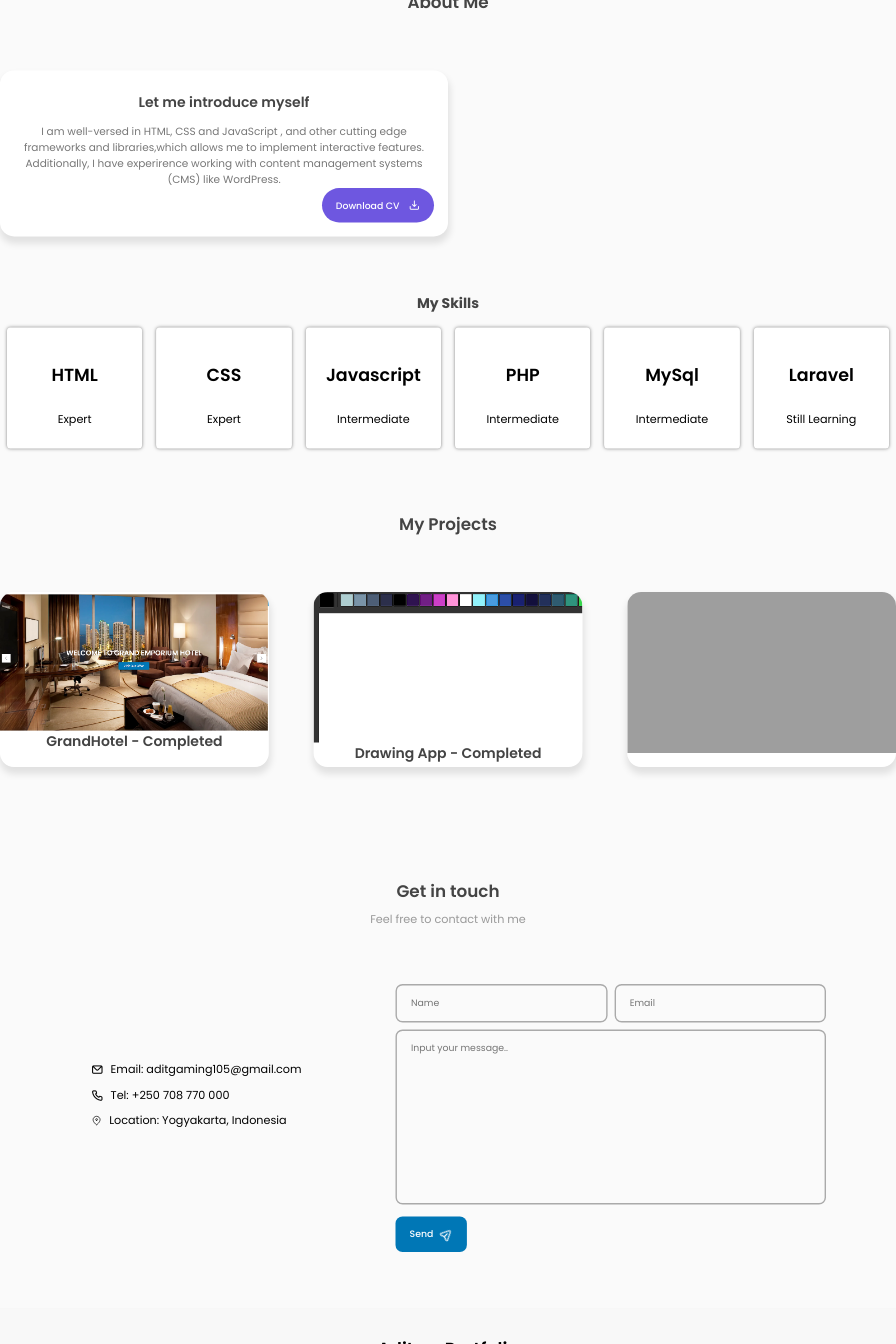
Repository: 4Kbrain/Portofolio
Page: index.html
The author's editor kept a copy of each file at every save. The page is drawn from the files as they stood at one save, then again after a run of saves.
The browser window is 1280 px wide. The pictures show the part of the page from y = 814 to 2734 px (the page is 3007 px tall), at 70% of full size.
Pictures or frames that could not be fetched are drawn as grey boxes.

Above is the page before, as saved 2024-05-15 17:48:04.
Console error: ReferenceError: ScrollReveal is not defined

### index.html
<!DOCTYPE html>
<html lang="en">

<head>
    <meta charset="UTF-8">
    <meta name="viewport" content="width=device-width, initial-scale=1.0">
    <link rel="stylesheet" href="https://unicons.iconscout.com/release/v4.0.8/css/line.css">
    <link rel="stylesheet" href="assets/css/style.css">
    <link rel="shortcut icon" href="assets/img/favicon.png" type="image/x-icon">

    <title>Portfolio | Aditya</title>
</head>

<body>

    <div class="container">
        <!-- header -->
        <nav id="header">
            <div class="nav-logo">
                <a href="#home">
                    <p class="nav-name">Aditya</p>
                    <span>.</span>
                </a>
            </div>
            <div class="nav-menu" id="myNavMenu">
                <ul class="nav_menu_list">
                    <li class="nav_list">
                        <a href="#home" class="nav-link active-link">Home</a>
                        <div class="circle"></div>
                    </li>
                    <li class="nav_list">
                        <a href="#about" class="nav-link">About</a>
                        <div class="circle"></div>
                    </li>
                    <li class="nav_list">
                        <a href="#projects" class="nav-link">Projects</a>
                        <div class="circle"></div>
                    </li>
                    <li class="nav_list">
                        <a href="#contact" class="nav-link">Contact</a>
                        <div class="circle"></div>
                    </li>
                </ul>
            </div>
            <div class="nav-button">
                <a id="downloadCVButton" href="assets/CV/Aditya%20CV.pdf" download="CV.pdf" class="btn">Download CV <i
                        class="uil uil-file-alt"></i></a>
            </div>
            <div class="nav-menu-btn">
                <i class="uil uil-bars" onclick="myMenuFunction()"></i>
            </div>
        </nav>

        <!-- -------------- MAIN ---------------- -->
        <main class="wrapper">
            <!-- -------------- FEATURED BOX ---------------- -->
            <section class="featured-box" id="home">
                <div class="featured-text">
                    <div class="featured-text-card">
                        <span>Aditya Dwi Nugroho</span>
                    </div>
                    <div class="featured-name">
                        <p>I'm <span class="typedText"></span></p>
                    </div>
                    <div class="featured-text-info">
                        <p>I'm a beginner web developer with a passion for creating fully responsive websites. I'm eager to learn and grow in both front-end and back-end development.
                        </p>
                    </div>
                    <div class="featured-text-btn">
                        <button class="btn blue-btn">Contact Me</button>
                        <a id="downloadCVButton" href="assets/CV/Aditya%20CV.pdf" download="CV.pdf" class="btn">Download CV <i class="uil uil-file-alt"></i></a>

                    </div>
                    <div class="social_icons">
                        <div class="icon"><a href="https://www.instagram.com/allen.adityadn/"><i class="uil uil-instagram"></i></a></div>
                        <div class="icon"><a href="https://wa.me/0895339926715"><i class="uil uil-whatsapp"></i></a></div>
                        <div class="icon"><a href="https://github.com/4Kbrain"><i class="uil uil-github-alt"></i></a></div>

                    </div>
                </div>
                <div class="featured-image">
                    <div class="image">
                        <img src="assets/img/avatar.png" alt="avatar">
                    </div>
                </div>

    </div>

    </section>
    <!-- -------------- ABOUT BOX ---------------- -->
    <section class="section" id="about">
        <div class="top-header">
            <h1>About Me</h1>
        </div>
        <div class="row">
            <div class="col">
                <div class="about-info">
                    <h3>Let me introduce myself</h3>
                    <p>I am well-versed in HTML, CSS and JavaScript , and other cutting edge
                        frameworks and libraries,which allows me to implement interactive features.
                        Additionally, I have experirence working with content management systems (CMS) like
                        WordPress.
                    </p>
                    <div class="about-btn">
                        <a href="assets/CV/Aditya%20CV.pdf" download>
                            <button class="btn">Download CV <i class="uil uil-import"></i></button>
                          </a>

                    </div>
                </div>
            </div>
        </div>
    </section>

    <!-- Skills -->
<section class="skills" id="skills">

    <div class="skill" id="skill">
        <h1>My Skills</h1>
        <div class="content">
          <div class="flex">
            <div class="kotak" data-aos="flip-down" data-aos-delay="500">
              <div class="logo">
                <i class="fa-brands fa-html5"></i>
              </div>
              <div class="nama">HTML</div>
              <div class="ukuran">Expert</div>
            </div>
            <div class="kotak" data-aos="flip-right" data-aos-delay="500">
              <div class="logo">
                <i class="fa-brands fa-css3"></i>
              </div>
              <div class="nama">CSS</div>
              <div class="ukuran">Expert</div>
            </div>
            <div class="kotak" data-aos="flip-left" data-aos-delay="500">
              <div class="logo">
                <i class="fa-brands fa-js"></i>
              </div>
              <div class="nama">Javascript</div>
              <div class="ukuran">Intermediate</div>
            </div>
            <div class="kotak" data-aos="flip-up" data-aos-delay="500">
              <div class="logo">
                <i class="fa-brands fa-php"></i>
              </div>
              <div class="nama">PHP</div>
              <div class="ukuran">Intermediate</div>
            </div>
            <div class="kotak" data-aos="fade-up" data-aos-delay="500">
              <div class="logo">
                <i class="fa-solid fa-database"></i>
              </div>
              <div class="nama">MySql</div>
              <div class="ukuran">Intermediate</div>
            </div>
            <div class="kotak" data-aos="flip-down" data-aos-delay="500">
              <div class="logo">
                <i class="fa-brands fa-laravel"></i>
              </div>
              <div class="nama">Laravel</div>
              <div class="ukuran">Still Learning</div>
            </div>
          </div>
        </div>
      </div>

</section>



    <!-- -------------- PROJECT BOX ---------------- -->

    <section class="section" id="projects">
        <div class="top-header">
            <h1>My Projects</h1>
        </div>
        <div class="project-container">
            <div class="project-box">
                <a href=""></a>
                <img src="assets/img/GrandHotel.png" alt="Grand Hotel Project" class="project-image">
                <h3>GrandHotel - Completed</h3>
                <label class="clear">-</label>
            </div>
            <div class="project-box">
                <a href=""></a>
                <img src="assets/img/drawing.png" alt="2" class="project-image">
                <h3>Drawing App - Completed</h3>
                <label> - </label>
            </div>
            <div class="project-box">
                <img src="path/to/your/image3.jpg" alt="3" class="project-image">
                <h3></h3>
                <label> - </label>
            </div>
        </div>
    </section>



  <!-- Contact me  -->

    <section class="section" id="contact">
        <div class="top-header">
            <h1>Get in touch</h1>
            <span>Feel free to contact with me</span>
        </div>
        <div class="row">
            <div class="col">
                <div class="contact-info">
                    <p><i class="uil uil-envelope"></i> Email: aditgaming105@gmail.com</p>
                    <p><i class="uil uil-phone"></i> Tel: +250 708 770 000</p>
                    <p><svg xmlns="http://www.w3.org/2000/svg" width="1em" height="1em" viewBox="0 0 24 24"><g fill="none" stroke="currentColor" stroke-linecap="round" stroke-linejoin="round" stroke-width="1.5"><path d="M12.56 20.82a.964.964 0 0 1-1.12 0C6.611 17.378 1.486 10.298 6.667 5.182A7.592 7.592 0 0 1 12 3c2 0 3.919.785 5.333 2.181c5.181 5.116.056 12.196-4.773 15.64"/><path d="M12 12a2 2 0 1 0 0-4a2 2 0 0 0 0 4"/></g></svg>Location: Yogyakarta, Indonesia</p>
                </div>
            </div>
            <div class="col">
                <div class="form-control">
                    <div class="form-inputs">
                        <input type="text" class="input-field" placeholder="Name">
                        <input type="text" class="input-field" placeholder="Email">
                    </div>
                    <div class="text-area">
                        <textarea placeholder="Input your message.."></textarea>
                    </div>
                    <div class="form-button">
                        <button class="btn">Send <i class="uil uil-message"></i></button>
                    </div>
                </div>
            </div>
        </div>
    </section>

    </main>

    <!-- Footer -->
    <footer>
        <div class="top-footer">
            <p>Aditya. Portfolio</p>
        </div>
        <div class="middle-footer">
            <ul class="footer-menu">
                <li class="footer_menu_list">
                    <a href="#home">Home</a>
                </li>
                <li class="footer_menu_list">
                    <a href="#about">About</a>
                </li>
                <li class="footer_menu_list">
                    <a href="#projects">Projects</a>
                </li>
                <li class="footer_menu_list">
                    <a href="#contact">Contact</a>
                </li>
            </ul>
        </div>
        <div class="footer-social-icons">
            <div class="icon"><a href="https://www.instagram.com/allen.adityadn/"><i class="uil uil-instagram"></i></a></div>
            <div class="icon"><a href="https://wa.me/0895339926715"><i class="uil uil-whatsapp"></i></a></div>
            <div class="icon"><a href="https://github.com/4Kbrain"><i class="uil uil-github-alt"></i></a></div>
        </div>
        <div class="bottom-footer">
            <p>Copyright &copy; <a href="https://www.instagram.com/allen.adityadn/" style="text-decoration: none;">@allen.adityadn</a> - All rights reserved</p>
        </div>
    </footer>

    </div>

    <script src="https://unpkg.com/typed.js@2.0.16/dist/typed.umd.js"></script>
    <script src="assets/js/script.js"></script>
</body>

</html>

Loaded but not shown: assets/js/script.js (126 lines, source omitted); assets/css/style.css (741 lines, source omitted)

After the next 2 saves:
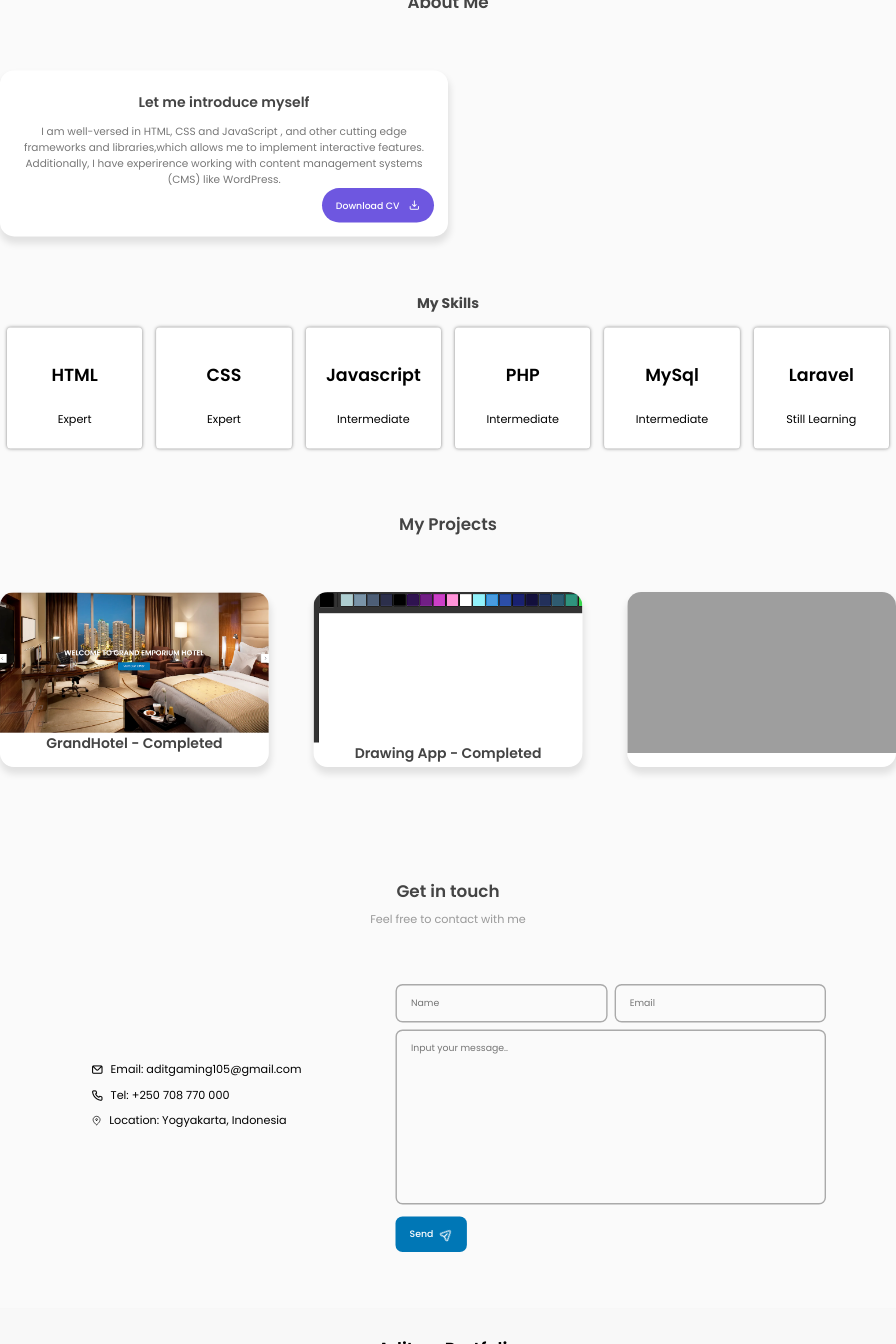
The 2 saves are shown as one change because they came seconds apart.
The last was saved 37 s later.
--- a/index.html
+++ b/index.html
@@ -177,8 +177,8 @@
         </div>
         <div class="project-container">
             <div class="project-box">
-                <a href=""></a>
-                <img src="assets/img/GrandHotel.png" alt="Grand Hotel Project" class="project-image">
+                <a href=""> <img src="assets/img/GrandHotel.png" alt="Grand Hotel Project" class="project-image"></a>
+
                 <h3>GrandHotel - Completed</h3>
                 <label class="clear">-</label>
             </div>
